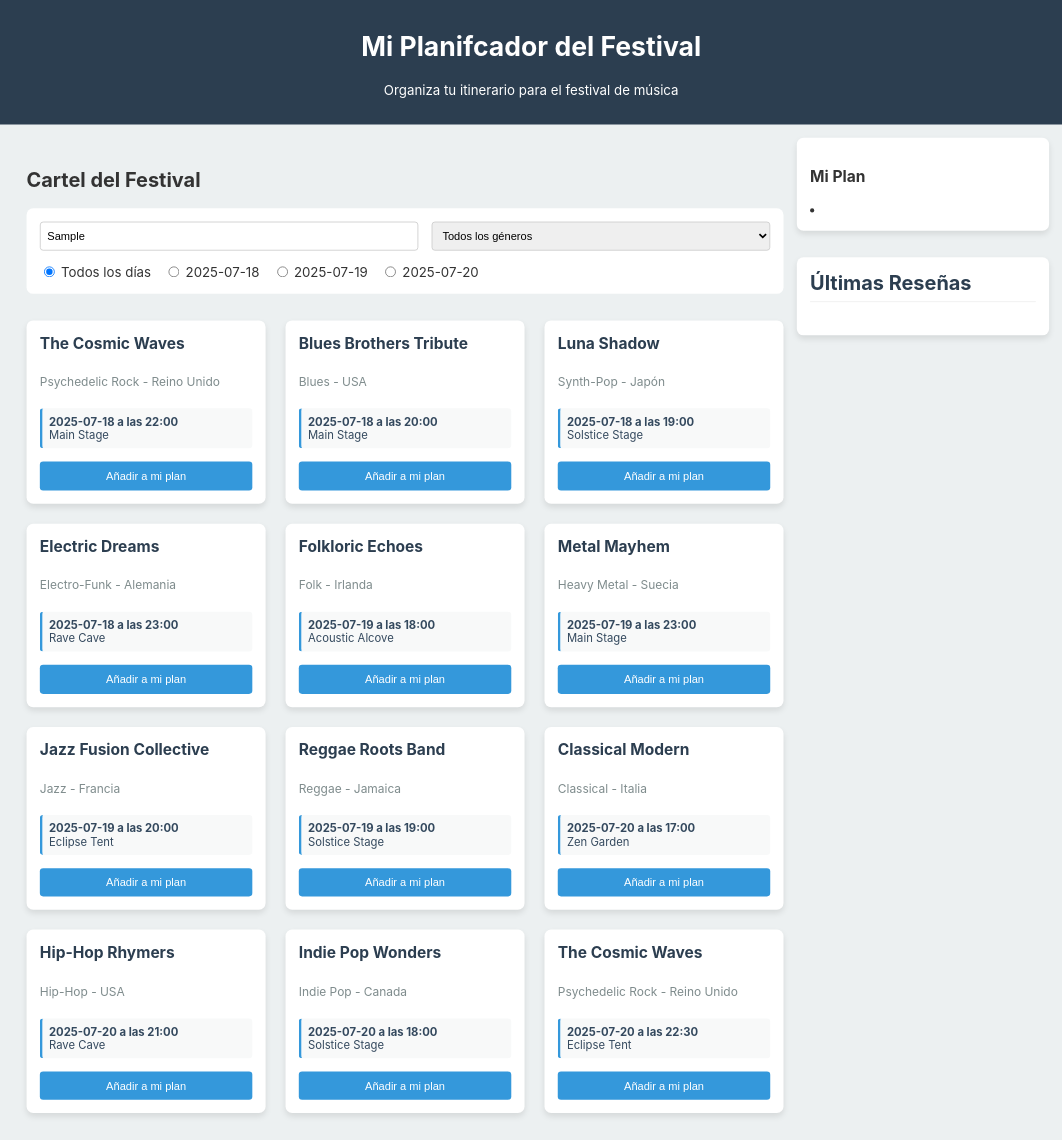
Repository: rotoforze/DWEC
Page: 2_examen_alexBernardos/index.html
An editor plug-in stored every save of this project. The page is shown before and after the next save, followed by the edit.
The browser window is 1280 px wide. The pictures show the whole page, at 83% of full size.
Empty fields were first filled with sample values (such as "Sample", 5 or name@example.com).
After loading, the first visible `button.add-to-plan` was clicked once.

Above is the page before, as saved 2025-12-12 12:20:52.

### 2_examen_alexBernardos/index.html
<!DOCTYPE html>
<html lang="es">
<head>
    <meta charset="UTF-8">
    <meta name="viewport" content="width=device-width, initial-scale=1.0">
    <title>Festival</title>
    <link rel="stylesheet" href="css/style.css">
</head>
<body>
    <!-- Encabezado principal de la aplicación -->
    <header>
        <h1>Mi Planifcador del Festival</h1>
        <p>Organiza tu itinerario para el festival de música</p>
    </header>

    <!-- Contenedor principal de la aplicación: organiza el dashboard y la columna derecha -->
    <div class="container">
        <!-- Sección principal del dashboard: muestra el cartel del festival y los filtros -->
        <main id="dashboard">
            <h2>Cartel del Festival</h2>
            <!-- Formulario de filtros para buscar y categorizar artistas -->
            <form id="filter-form">
                <input type="text" id="search-name" placeholder="Buscar por nombre...">
                <select id="filter-genre">
                    <option value="">Todos los géneros</option>
                    <!-- Las opciones de género se cargarán aquí dinámicamente mediante JavaScript -->
                </select>
                <div id="filter-day" class="radio-group">
                    <label><input type="radio" name="day" value="" checked> Todos los días</label>
                    <!-- Las opciones de día se cargarán aquí dinámicamente mediante JavaScript -->
                </div>
            </form>
            <!-- Contenedor donde se mostrarán las tarjetas de los artistas filtrados -->
            <div id="artist-list" class="grid-container">
                <!-- Las tarjetas de artistas se insertarán aquí por JavaScript -->
            </div>
        </main>

        <!-- Columna lateral derecha: contiene el plan del usuario y las reseñas -->
        <div class="right-column">
            <!-- Sección para el plan personalizado del usuario -->
            <aside id="my-plan-container">
                <h3>Mi Plan</h3>
                <!-- Lista donde se añadirán las actuaciones seleccionadas por el usuario -->
                <ul id="plan-list">
                    <!-- Las actuaciones añadidas aparecerán aquí por JavaScript -->
                </ul>
            </aside>
            <!-- Sección para mostrar las reseñas de los artistas -->
            <section id="reviews-section">
                <h2>Últimas Reseñas</h2>
                <!-- Contenedor donde se mostrarán las tarjetas de las reseñas -->
                <div id="reviews-list">
                    <!-- Las reseñas se insertarán aquí por JavaScript -->
                </div>
            </section>
        </div>
    </div>

    <!-- Modal para el formulario de reseña (inicialmente oculto) -->
    <div id="review-modal" class="modal-overlay" style="display: none;">
        <div class="modal-content">
            <button class="close-modal">&times;</button>
            <h3 id="modal-artist-name">Dejar reseña para...</h3>
            <!-- Formulario de reseña del artista. La validación se realiza en el cliente. -->
            <form id="review-form" novalidate>
                <div class="form-group">
                    <label>Calificación:</label>
                    <div class="star-rating">
                        <!-- Campos de radio para la calificación por estrellas (5 a 1) -->
                        <input type="radio" id="star5" name="rating" value="5" required><label for="star5" title="5 stars">★</label>
                        <input type="radio" id="star4" name="rating" value="4"><label for="star4" title="4 stars">★</label>
                        <input type="radio" id="star3" name="rating" value="3"><label for="star3" title="3 stars">★</label>
                        <input type="radio" id="star2" name="rating" value="2"><label for="star2" title="2 stars">★</label>
                        <input type="radio" id="star1" name="rating" value="1"><label for="star1" title="1 star">★</label>
                    </div>
                    <span class="error-message"></span>
                </div>
                <div class="form-group">
                    <label for="comment">Comentario:</label>
                    <textarea id="comment" name="comment" rows="4" minlength="15" required></textarea>
                    <span class="error-message"></span>
                </div>
                <div class="form-group">
                    <label for="email">Email:</label>
                    <input type="email" id="email" name="email" required>
                    <span class="error-message"></span>
                </div>
                <button type="submit">Enviar Reseña</button>
            </form>
        </div>
    </div>


    <!-- Mensaje de éxito temporal para confirmaciones de usuario (inicialmente oculto) -->
    <div id="success-message" class="success-message" style="display: none;"></div>

    <!-- Enlace al archivo JavaScript principal de la aplicación.
         El atributo 'type="module"' permite usar importaciones y exportaciones de módulos. -->
    <script src="js/main.js" type="module"></script>
</body>
</html>

### 2_examen_alexBernardos/css/style.css
/* --- GENERALES Y LAYOUT --- */
/* Este bloque define variables globales (--variable) para la paleta de colores y estilos reutilizables.
   También establece los estilos base para la página, como la fuente y la maquetación principal de dos columnas usando Flexbox. */
:root {
    --primary-color: #2c3e50;
    --secondary-color: #3498db;
    --background-color: #ecf0f1;
    --card-bg-color: #ffffff;
    --text-color: #333;
    --error-color: #e74c3c;
    --success-color: #2ecc71;
    --star-color: #f1c40f;
    --border-radius: 8px;
    --box-shadow: 0 4px 8px rgba(0, 0, 0, 0.1);
}

body {
    font-family: -apple-system, BlinkMacSystemFont, "Segoe UI", Roboto, Helvetica, Arial, sans-serif;
    margin: 0;
    background-color: var(--background-color);
    color: var(--text-color);
}

header {
    background-color: var(--primary-color);
    color: white;
    padding: 1rem 2rem;
    text-align: center;
}

.container {
    display: flex;
    flex-wrap: wrap;
    padding: 1rem;
}

main#dashboard {
    flex: 3;
    min-width: 300px;
    padding: 1rem;
}

.right-column {
    flex: 1;
    min-width: 300px;
    display: flex;
    flex-direction: column;
    gap: 2rem;
}

aside#my-plan-container {
    background-color: var(--card-bg-color);
    padding: 1rem;
    border-radius: var(--border-radius);
    box-shadow: var(--box-shadow);
}

/* --- FORMULARIO DE FILTROS --- */
/* Estilos para el formulario que permite al usuario buscar y filtrar artistas. */
#filter-form {
    display: flex;
    flex-wrap: wrap;
    gap: 1rem;
    margin-bottom: 2rem;
    background-color: var(--card-bg-color);
    padding: 1rem;
    border-radius: var(--border-radius);
}

#filter-form input[type="text"],
#filter-form select {
    padding: 0.5rem;
    border: 1px solid #ccc;
    border-radius: 4px;
    flex-grow: 1;
}

.radio-group {
    display: flex;
    gap: 1rem;
    align-items: center;
}

/* --- TARJETAS DE ARTISTAS --- */
/* Define el layout de parrilla para las tarjetas de artistas y el estilo de cada tarjeta individual,
   incluyendo efectos visuales como sombras y animaciones al pasar el ratón. */
.grid-container {
    display: grid;
    grid-template-columns: repeat(auto-fill, minmax(220px, 1fr));
    gap: 1.5rem;
}

.artist-card {
    background: var(--card-bg-color);
    border-radius: var(--border-radius);
    box-shadow: var(--box-shadow);
    padding: 1rem;
    transition: transform 0.2s, box-shadow 0.2s;
    display: flex;
    flex-direction: column;
}

.artist-card:hover {
    transform: translateY(-5px);
    box-shadow: 0 8px 16px rgba(0, 0, 0, 0.15);
}

.artist-card h3 {
    margin-top: 0;
    color: var(--primary-color);
}

.artist-card p {
    font-size: 0.9rem;
    color: #7f8c8d;
    margin: 0.5rem 0;
}

.card-schedule-info {
    font-size: 0.85rem;
    color: #34495e;
    background-color: #f8f9f9;
    padding: 0.5rem;
    border-radius: 4px;
    margin: 1rem 0;
    border-left: 3px solid var(--secondary-color);
}

.card-schedule-info span {
    display: block;
}

.card-schedule-info span:first-child {
    font-weight: bold;
}

.artist-card button {
    background-color: var(--secondary-color);
    color: white;
    border: none;
    padding: 0.6rem 1rem;
    border-radius: 4px;
    cursor: pointer;
    width: 100%;
    margin-top: auto; /* Empuja el botón al final */
    transition: background-color 0.2s;
}

.artist-card button:hover {
    background-color: #2980b9;
}

/* --- SECCIÓN "MI PLAN" --- */
/* Estilos para la lista de actuaciones que el usuario ha seleccionado.
   Incluye el estilo de cada elemento de la lista y sus botones de acción (Eliminar, Dejar reseña). */
#plan-list {
    list-style-type: none;
    padding: 0;
    margin: 0;
}

#plan-list li {
    background-color: #f9f9f9;
    padding: 0.8rem;
    margin-bottom: 0.8rem;
    border-radius: 4px;
    border-left: 5px solid var(--secondary-color);
    position: relative;
}

#plan-list .plan-item-info strong {
    display: block;
    color: var(--primary-color);
}

#plan-list .plan-item-info span {
    font-size: 0.85rem;
    color: #7f8c8d;
}

#plan-list .plan-item-actions {
    margin-top: 0.5rem;
    display: flex;
    gap: 0.5rem;
}

.plan-item-actions button {
    font-size: 0.75rem;
    padding: 0.3rem 0.6rem;
    border-radius: 3px;
    cursor: pointer;
    border: 1px solid;
}

.btn-delete {
    border-color: var(--error-color);
    color: var(--error-color);
    background: transparent;
}
.btn-review {
    border-color: var(--secondary-color);
    color: var(--secondary-color);
    background: transparent;
}
.btn-review:disabled {
    border-color: #ccc;
    color: #ccc;
    cursor: not-allowed;
}


/* --- MODAL --- */
/* Estilos para la ventana modal que aparece superpuesta.
   Define la capa de fondo oscura y el contenedor del contenido del modal. */
.modal-overlay {
    position: fixed;
    top: 0;
    left: 0;
    width: 100%;
    height: 100%;
    background-color: rgba(0, 0, 0, 0.6);
    display: flex;
    justify-content: center;
    align-items: center;
    z-index: 1000;
}

.modal-content {
    background: white;
    padding: 2rem;
    border-radius: var(--border-radius);
    width: 90%;
    max-width: 500px;
    position: relative;
}

.close-modal {
    position: absolute;
    top: 1rem;
    right: 1rem;
    background: none;
    border: none;
    font-size: 1.5rem;
    cursor: pointer;
}

/* --- FORMULARIO DE RESEÑA --- */
/* Define los estilos para el formulario dentro del modal, incluyendo los campos de entrada,
   los mensajes de error de validación y el sistema de calificación por estrellas. */
#review-form .form-group {
    margin-bottom: 1rem;
}

#review-form label {
    display: block;
    margin-bottom: 0.3rem;
}

#review-form input,
#review-form textarea {
    width: 100%;
    padding: 0.5rem;
    border: 1px solid #ccc;
    border-radius: 4px;
    box-sizing: border-box;
}

#review-form button {
    background-color: var(--success-color);
    color: white;
    padding: 0.7rem 1.5rem;
    border: none;
    border-radius: 4px;
    cursor: pointer;
}
.error-message {
    color: var(--error-color);
    font-size: 0.8rem;
    height: 1rem;
    display: block;
}
input:invalid, textarea:invalid {
    border-color: var(--error-color);
}

/* Star Rating: Implementación de calificación por estrellas con inputs de radio y CSS. */
.star-rating {
    display: flex;
    flex-direction: row-reverse;
    justify-content: flex-end;
}

.star-rating input[type="radio"] {
    display: none;
}

.star-rating label {
    color: #ccc;
    cursor: pointer;
    font-size: 2rem;
    margin: 0;
}

.star-rating input[type="radio"]:checked ~ label,
.star-rating label:hover,
.star-rating label:hover ~ label {
    color: var(--star-color);
}

/* --- MENSAJE DE ÉXITO --- */
/* Estilos para la notificación flotante que aparece tras enviar una reseña. */
.success-message {
    position: fixed;
    bottom: 20px;
    left: 50%;
    transform: translateX(-50%);
    background-color: var(--success-color);
    color: white;
    padding: 1rem 2rem;
    border-radius: var(--border-radius);
    z-index: 1001;
    box-shadow: var(--box-shadow);
}


/* --- SECCIÓN DE RESEÑAS --- */
/* Estilos para la sección que muestra las reseñas enviadas y el formato de cada tarjeta de reseña. */
#reviews-section {
    background-color: var(--card-bg-color);
    padding: 1rem;
    border-radius: var(--border-radius);
    box-shadow: var(--box-shadow);
}

#reviews-section h2 {
    text-align: left;
    margin-top: 0;
    margin-bottom: 1.5rem;
    padding-bottom: 0.5rem;
    border-bottom: 1px solid #eee;
    color: var(--primary-color);
}

#reviews-list {
    display: flex;
    flex-direction: column;
    gap: 1rem;
}

.review-card {
    background: #f9f9f9;
    border-radius: var(--border-radius);
    padding: 1rem;
    display: flex;
    flex-direction: column;
    border-left: 5px solid var(--secondary-color);
}

.review-card h4 {
    margin: 0 0 0.5rem 0;
    color: var(--primary-color);
}

.review-card-rating {
    color: var(--star-color);
    font-size: 1.2rem;
    margin-bottom: 1rem;
}

.review-card-comment {
    font-style: italic;
    color: #555;
    margin: 0;
}


/* --- RESPONSIVE --- */
/* Contiene las Media Queries para adaptar el diseño a diferentes tamaños de pantalla,
   como apilar las columnas en dispositivos móviles. */
@media (max-width: 992px) {
    .container {
        flex-direction: column;
    }
    .right-column {
        margin-top: 2rem;
        gap: 2rem;
    }
}

### 2_examen_alexBernardos/js/main.js
// js/main.js

import { cargarDatos } from "./dataManager.js";

function init(){
    // iniciamos la app
    console.log('%c Iniciando...', "color:green;");

    cargarDatos();

}


document.addEventListener('DOMContentLoaded', init);

### 2_examen_alexBernardos/js/dataManager.js
import { addFecha, renderTarjetas } from "./renderer.js";

let horarios;
let horariosFiltrados;
let artistas;
let escenarios;
let generos = [];
let fechas = [];

/**
 * Carga los datos de los JSON, añade el contenido y pone los eventos.
 * Básicamente carga todo...
 */
export async function cargarDatos() {

    console.log('%c Cargando datos de horarios.json, artistas.json, escenarios.json.', 'color:blue;');
    // guardo los horarios
    horarios = await fetchRute("./data/horarios.json");
    // guardo los artistas
    artistas = await fetchRute("./data/artistas.json");
    // guardo los escenarios
    escenarios = await fetchRute("./data/escenarios.json");
    console.log('%c Datos de horarios.json, artistas.json, escenarios.json, cargados correctamente.', 'color:blue;');

    sacarGeneros();
    ponerGenerosEnSelect();
    ponerFechas();
    document.querySelector('#search-name').addEventListener('input', filtrar);
    filtrar();
}

/**
 * Saca los generos de los artistas y los mete en un array
 * no admite duplicados
 */
function sacarGeneros() {
    for (const artista of artistas) {
        if (!generos.includes(artista.genero)) {
            generos.push(artista.genero);
        }
    }
}

/**
 * Pone los generos en el select.
 */
function ponerGenerosEnSelect() {
    const listaGeneros = document.querySelector('#filter-genre');
    generos.map((genero, clave) => {
        listaGeneros.innerHTML += (`
            <option value="${clave}">${genero}</option>
            `);
    });
    listaGeneros.addEventListener('input', filtrar)
}
/**
 * Separa las fechas únicas y llama a addFecha para meter las fechas en el DOM
 * Después se encarga de poner los eventos.
 */
function ponerFechas() {
    for (const horario of horarios) {
        if (!fechas.includes(horario.dia)) {
            fechas.push(horario.dia);
        }
    }
    for (const fecha of fechas) {
        addFecha(fecha);
    }

    document.querySelectorAll('[name="day"]').forEach((radioBtn) => {
        radioBtn.addEventListener("click", filtrar)
    })
}

/**
 * Recibe un id de un artista y devuelve el objeto correspondiente
 *
 * @param {String} id
 * @returns {object}
 */
export function getArtista(id) {
    for (const artista of artistas) {
        if (artista.id == id) {
            return artista;
        }
    }
}

/**
 * Recibe un id de un escenario y devuelve el objeto correspondiente
 *
 * @param {String} id
 * @returns {object}
 */
export function getEscenario(id) {
    for (const escenario of escenarios) {
        if (escenario.id == id) {
            return escenario;
        }
    }
}

/**
 * Recibe un id de artista, un id de escenario y una fecha
 * y devuelve el objeto que coinicida con esas especificaciones
 *
 * @param {String} artistaId
 * @param {String} escenarioId
 * @param {String} dia
 * @returns {Object}
 */
export function getHorario(artistaId, escenarioId, dia) {
        for (const horario of horarios) {
        if (horario.artistaId == artistaId && horario.escenarioId == escenarioId
            && horario.dia == dia) {
            return horario;
        }
    }
}

/**
 * Filtra y renderiza los horarios
 */
function filtrar() {
    console.log("%c Filtrando...", "color:green;")
    horariosFiltrados = horarios;
    // filtro por fecha
    const fecha = document.querySelector("form").day.value;
    if (fecha) {
        horariosFiltrados = horariosFiltrados.filter((horario) => {
            if (horario.dia == fecha) return horario;
        });
    }
    // filtro por genero
    const generoActual = generos[document.querySelector('#filter-genre').value];
    if (generoActual) {
        horariosFiltrados = horariosFiltrados.filter((horario) => {
            if (getArtista(horario.artistaId).genero == generoActual) {
                return horario;
            }
        })
    }

    // filtro por busqueda
    const busqueda = document.querySelector('#search-name').value;
    if (busqueda) {
        console.log(busqueda)
        horariosFiltrados = horariosFiltrados.filter((horario) => {
            console.log(getArtista(horario.artistaId).nombre.toLowerCase())
            if (getArtista(horario.artistaId).nombre.toLowerCase().includes(busqueda.toLowerCase())) {
                return horario;
            }
        })
    }

    renderTarjetas(horariosFiltrados);
}

/**
 * Recibe una ruta, usando una promesa, hace un fetch y devuelve su resultado.
 *
 * @param {File} rute
 */
async function fetchRute(rute) {
    return new Promise((resolve, reject) =>
        fetch(rute)
            .then(resp => resp.json())
            .then((data) => resolve(data))
            .catch((error) => reject(error)));
}

### 2_examen_alexBernardos/js/renderer.js
import { getArtista, getEscenario, getHorario } from "./dataManager.js";
/**
 * Recibe los horarios y usando la función nuevatarjeta, los crea y añade al dom
 *
 * @param {Object} horarios
 */
export function renderTarjetas(horarios) {
    const contenedor = document.querySelector("#artist-list");
    contenedor.innerHTML = "";
    if (horarios.length == 0) {
        contenedor.innerHTML += (`<h3>No hay coincidencias para los filtros.</h3>`);

    }else {
        for (const horario of horarios) {
            contenedor.innerHTML += nuevaTarjeta(horario.artistaId, horario.dia,
                                        horario.horaInicio, horario.escenarioId);
        }
        document.querySelectorAll('.add-to-plan').forEach((btn) => {
            btn.addEventListener('click', () => {
                const horario = getHorario(btn.getAttribute('data-artistaid'),
                btn.getAttribute('data-escenarioid'), btn.getAttribute('data-fecha'));
                if (horario) {
                    addPlan(horario);
                }
            })
        });
    }
}

/**
 * Crea el contenido html con los datos recibidos y lo devuelve.
 *
 * @param {String} artistaId
 * @param {String} dia
 * @param {String} horaInicio
 * @param {String} escenarioId
 * @returns {HTMLElement}
 */
function nuevaTarjeta(artistaId, dia, horaInicio, escenarioId) {
    return (`
        <div class="artist-card">
            <h3>${getArtista(artistaId).nombre}</h3>
            <p>${getArtista(artistaId).genero} - ${getArtista(artistaId).pais}</p>
            <div class="card-schedule-info">
                <span>${dia} a las ${horaInicio}</span>
                <span>${getEscenario(escenarioId).nombre}</span>
            </div>
            <button class="add-to-plan" data-artistaId="${artistaId}"
            data-escenarioId="${escenarioId}" data-fecha="${dia}">Añadir a mi plan</button>
        </div>
        `);
}

/**
 *
 * Recibe un artista
 *
 * @param {String} artistaId
 */
function addPlan(horario) {
    document.querySelector("#my-plan-container").innerHTML += (`
        <li>

        </li>
        `);
}

/**
 * Recibe una fecha y la añade al dom como radiobutton
 *
 * @param {String} fecha
 */
export function addFecha(fecha) {
    document.querySelector('#filter-day').innerHTML += (`
        <label>
            <input type="radio" name="day" value="${fecha}">
            ${fecha}
        </label>
        `);
}

### 2_examen_alexBernardos/data/escenarios.json
[
  {
    "id": "e1",
    "nombre": "Solstice Stage",
    "capacidad": 15000,
    "ubicacion": "Zona Norte"
  },
  {
    "id": "e2",
    "nombre": "Eclipse Tent",
    "capacidad": 5000,
    "ubicacion": "Zona Oeste"
  },
  {
    "id": "e3",
    "nombre": "Zen Garden",
    "capacidad": 3000,
    "ubicacion": "Zona Sur"
  },
  {
    "id": "e4",
    "nombre": "Rave Cave",
    "capacidad": 7000,
    "ubicacion": "Zona Este"
  },
  {
    "id": "e5",
    "nombre": "Acoustic Alcove",
    "capacidad": 1000,
    "ubicacion": "Centro"
  },
  {
    "id": "e6",
    "nombre": "Main Stage",
    "capacidad": 20000,
    "ubicacion": "Entrada Principal"
  },
  {
    "id": "e7",
    "nombre": "Chill Zone",
    "capacidad": 2000,
    "ubicacion": "Junto al Lago"
  },
  {
    "id": "e8",
    "nombre": "Groove Ground",
    "capacidad": 6000,
    "ubicacion": "Área de Comida"
  },
  {
    "id": "e9",
    "nombre": "Tech Temple",
    "capacidad": 4000,
    "ubicacion": "Bosque"
  },
  {
    "id": "e10",
    "nombre": "Vibe Village",
    "capacidad": 2500,
    "ubicacion": "Campamento"
  }
]

Loaded but not shown: 2_examen_alexBernardos/data/artistas.json (90 lines, source omitted); 2_examen_alexBernardos/data/horarios.json (86 lines, source omitted)

After the next save:
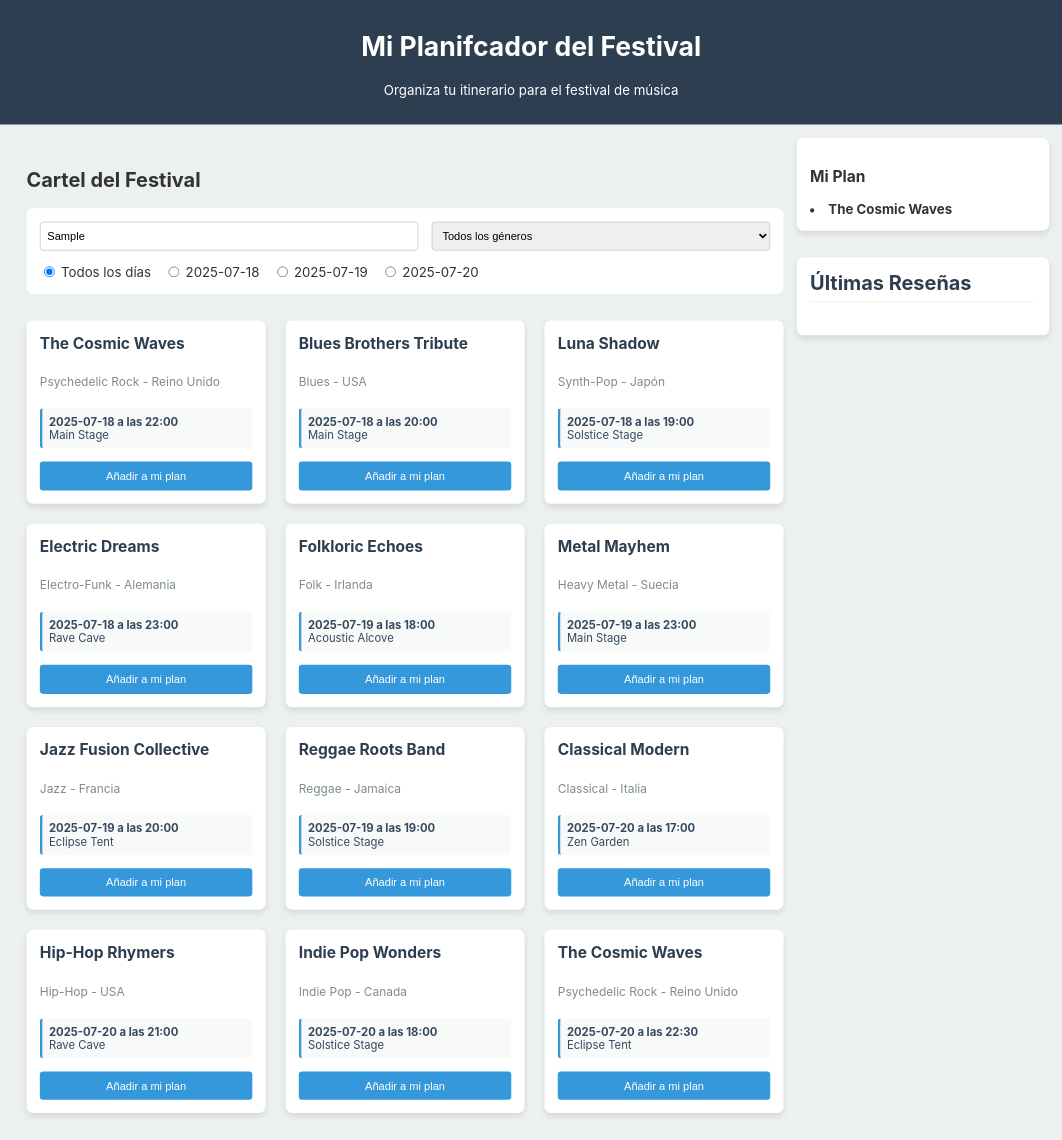
Saved 54 s later.
--- a/2_examen_alexBernardos/js/renderer.js
+++ b/2_examen_alexBernardos/js/renderer.js
@@ -59,8 +59,8 @@ function nuevaTarjeta(artistaId, dia, horaInicio, escenarioId) {
  */
 function addPlan(horario) {
     document.querySelector("#my-plan-container").innerHTML += (`
-        <li>
-
+        <li class="plan-item-info">
+            <strong>${getArtista(horario.artistaId).nombre}</strong>
         </li>
         `);
 }
